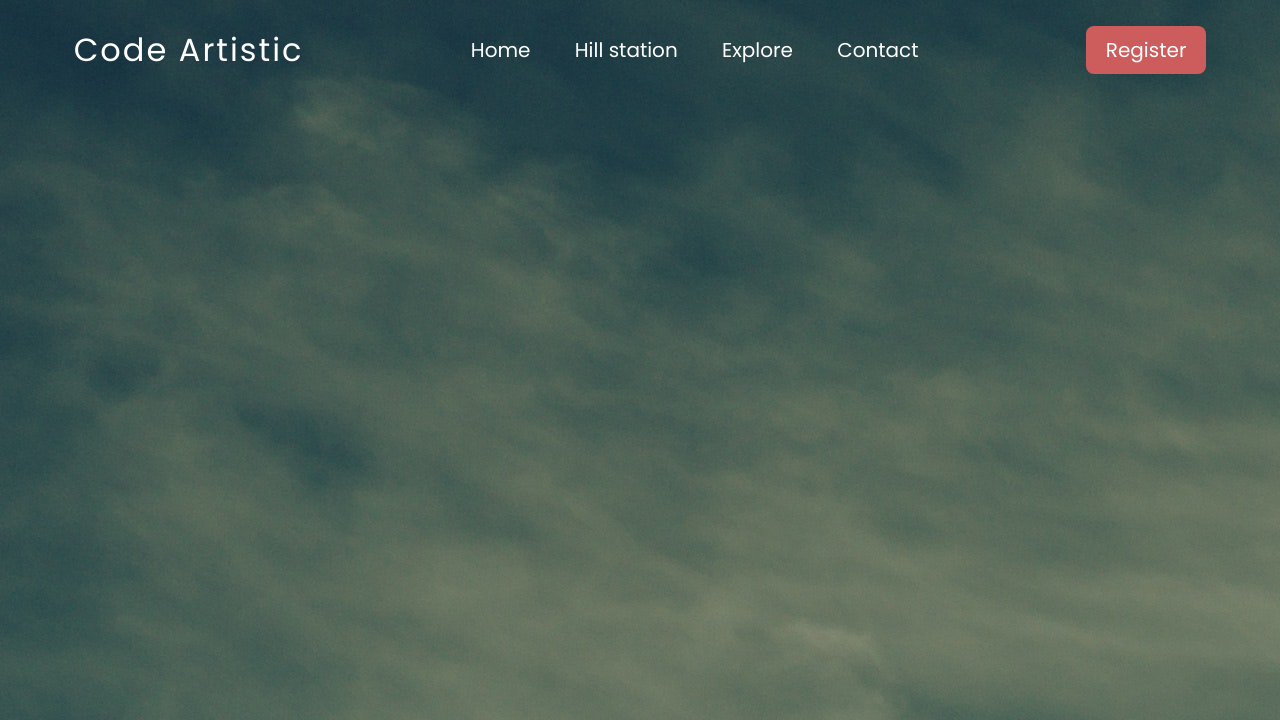
Repository: Ruxmary7/energy
Page: starter/index.html
An editor plug-in stored every save of this project. The page is shown before and after a run of saves, followed by the edit.
The browser window is 1280 px wide. The pictures show the whole page.

Above is the page before, as saved 2025-01-10 22:08:10.

After the next 3 saves:
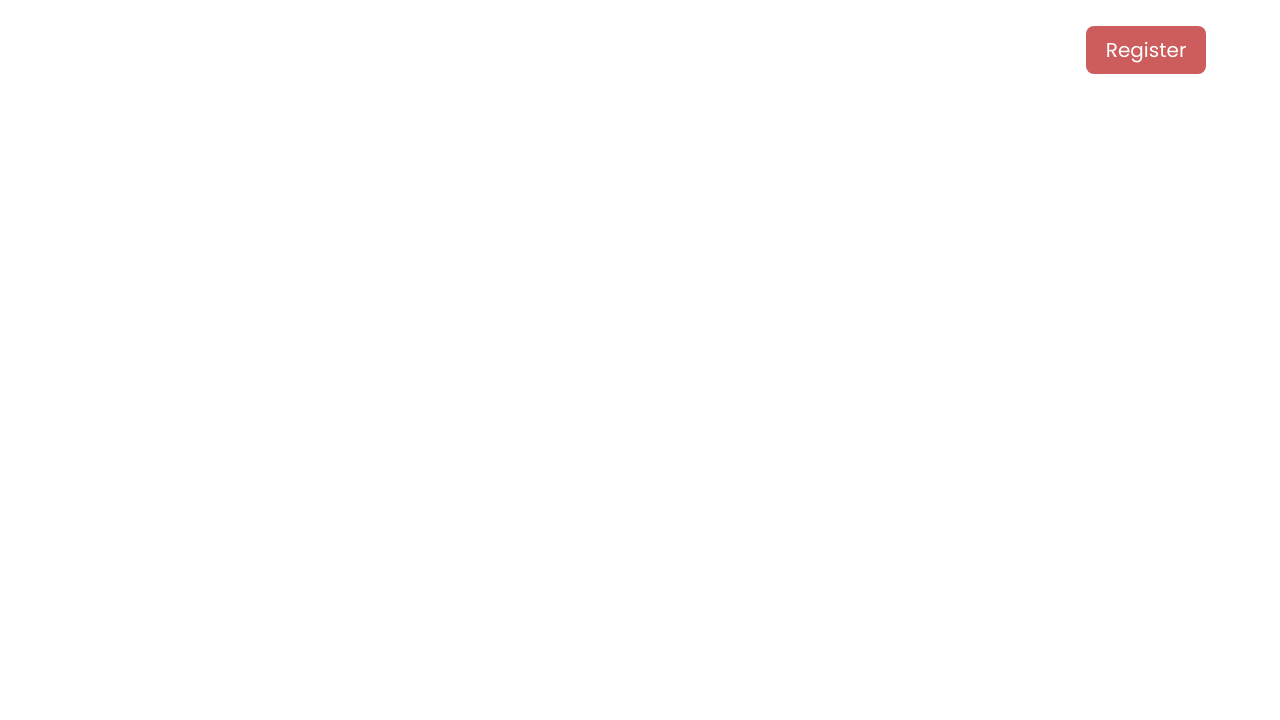
The 3 saves are shown as one change because they came seconds apart.
The last was saved 16 s later.
--- a/starter/style.css
+++ b/starter/style.css
@@ -10,8 +10,8 @@
 header {
     width: 100%;
     height: 100vh;
-    background: url(12.jpg);
-    background-size: linear-gradient(rgba(0,0,0,0.8), rgba(0,0,0,0.2),) cover;
+    background: linear-gradient(rgba(0,0,0,0.8), rgba(0,0,0,0.2),)url(12.jpg);
+    background-size: cover;
     font-family: Poppins, sans-serif;
  nav {
     width: 100%;
